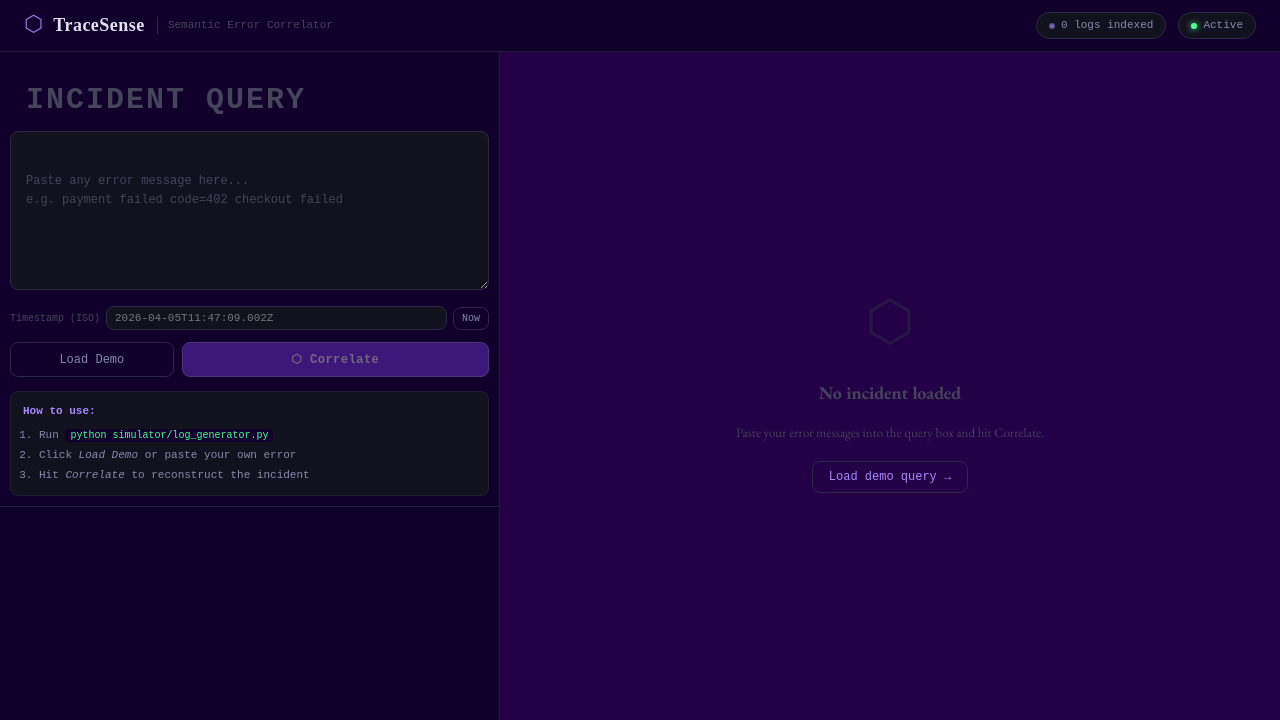
Repository: SaranyaM15/AI_Engineer_Journey
Page: / (app in tracesense/frontend/)
These files come from the project's save history. The page is drawn as it stood at one moment and after the next save; the edit follows.
The browser window is 1280 px wide. The pictures show the whole page.
The page's requests for data from a server got no answer. Some web fonts or font styles are not loaded; a fallback is used. The project was rebuilt for these pictures with package versions that can differ from the ones it lists, and the page was loaded fresh each time. No one was signed in, and anything a server would have sent is missing. Also part of the build but not shown: tracesense/frontend/vite.config.js, tracesense/frontend/src/components/Timeline.jsx, tracesense/frontend/src/components/LogFeed.jsx.

Above is the page before, as saved 2026-04-05 19:03:20.

### tracesense/frontend/src/index.css
*, *::before, *::after {
  box-sizing: border-box;
  margin: 0;
  padding: 0;
}

html, body, #root {
  height: 100%;
  overflow: hidden;
}

### tracesense/frontend/src/App.jsx
import { useState, useEffect } from "react";
import axios from "axios";
import Timeline from "./components/Timeline";
import QueryPanel from "./components/QueryPanel";
import LogFeed from "./components/LogFeed";
import "./App.css";

const API = "http://localhost:8000";

export default function App() {
  const [query, setQuery] = useState("");
  const [timestamp, setTimestamp] = useState("");
  const [cluster, setCluster] = useState(null);
  const [loading, setLoading] = useState(false);
  const [logCount, setLogCount] = useState(0);
  const [error, setError] = useState(null);
  const [simulatorRunning, setSimulatorRunning] = useState(false);

  useEffect(() => {
    fetchLogCount();
    const interval = setInterval(fetchLogCount, 5000);
    return () => clearInterval(interval);
  }, []);

  async function fetchLogCount() {
    try {
      const res = await axios.get(`${API}/logs/count`);
      setLogCount(res.data.total_logs_stored);
    } catch {
      // backend not reachable yet
    }
  }

  async function runCorrelation() {
    if (!query.trim()) return;
    setLoading(true);
    setError(null);
    setCluster(null);

    const ts = timestamp || new Date().toISOString();

    try {
      const res = await axios.post(`${API}/correlate`, {
        message: query,
        timestamp: ts,
      });
      setCluster(res.data);
    } catch (e) {
      setError("Could not reach backend. Make sure uvicorn is running on :8000");
    } finally {
      setLoading(false);
    }
  }

  function handleDemo() {
    setQuery("payment failed code=402 checkout failed");
    setTimestamp("2026-04-05T11:47:09.002Z");
  }

  return (
    <div className="app">
      {/* Top Bar */}
      <header className="topbar">
        <div className="topbar-left">
          <span className="logo-icon">⬡</span>
          <span className="logo-text">TraceSense</span>
          <span className="logo-sub">Semantic Error Correlator</span>
        </div>
        <div className="topbar-right">
          <div className="stat-pill">
            <span className="stat-dot pulse" />
            <span>{logCount.toLocaleString()} logs indexed</span>
          </div>
          <div className="status-pill">
            <span className="status-dot" />
            <span>Active</span>
          </div>
        </div>
      </header>

      <div className="layout">
        {/* Left Panel */}
        <aside className="left-panel">
          <QueryPanel
            query={query}
            setQuery={setQuery}
            timestamp={timestamp}
            setTimestamp={setTimestamp}
            onCorrelate={runCorrelation}
            onDemo={handleDemo}
            loading={loading}
          />
          {cluster && (
            <LogFeed cluster={cluster} />
          )}
        </aside>

        {/* Main Timeline */}
        <main className="main-panel">
          {!cluster && !loading && (
            <div className="empty-state">
              <div className="empty-icon">⬡</div>
              <h2>No incident loaded</h2>
              <p>
                Paste your error messages into the query box and hit Correlate.

              </p>
              <button className="demo-hint" onClick={handleDemo}>
                Load demo query →
              </button>
            </div>
          )}
          {loading && (
            <div className="empty-state">
              <div className="spinner" />
              <p>Correlating across services...</p>
            </div>
          )}
          {error && (
            <div className="empty-state error-state">
              <p>{error}</p>
            </div>
          )}
          {cluster && !loading && (
            <Timeline cluster={cluster} />
          )}
        </main>
      </div>
    </div>
  );
}

### tracesense/frontend/src/components/QueryPanel.jsx
export default function QueryPanel({
  query, setQuery, timestamp, setTimestamp,
  onCorrelate, onDemo, loading
}) {
  return (
    <div className="query-panel">
      <div className="panel-label">INCIDENT QUERY</div>

      <textarea
        className="query-input"
        placeholder="Paste any error message here...&#10;e.g. payment failed code=402 checkout failed"
        value={query}
        onChange={e => setQuery(e.target.value)}
        rows={4}
      />

      <div className="ts-row">
        <label className="ts-label">Timestamp (ISO)</label>
        <input
          className="ts-input"
          placeholder="2026-04-05T11:47:09.002Z"
          value={timestamp}
          onChange={e => setTimestamp(e.target.value)}
        />
        <button
          className="now-btn"
          onClick={() => setTimestamp(new Date().toISOString())}
        >
          Now
        </button>
      </div>

      <div className="btn-row">
        <button className="demo-btn" onClick={onDemo}>
          Load Demo
        </button>
        <button
          className="correlate-btn"
          onClick={onCorrelate}
          disabled={loading || !query.trim()}
        >
          {loading ? "Correlating..." : "⬡ Correlate"}
        </button>
      </div>

      <div className="hint-box">
        <strong>How to use:</strong>
        <ol>
          <li>Run <code>python simulator/log_generator.py</code></li>
          <li>Click <em>Load Demo</em> or paste your own error</li>
          <li>Hit <em>Correlate</em> to reconstruct the incident</li>
        </ol>
      </div>
    </div>
  );
}

### tracesense/frontend/src/App.css
@import url('https://fonts.googleapis.com/css2?family=Boldonse&family=JetBrains+Mono:wght@400;500;700&display=swap');
@import url('https://fonts.googleapis.com/css2?family=Boldonse&family=EB+Garamond:wght@400;500;700&family=JetBrains+Mono:wght@400;500;700&display=swap');
/* ── Variables ── */
:root {
  --bg:         #240046;
  --bg2:        #10002B;
  --bg3:        #12121f;
  --border:     #1e1e35;
  --border2:    #2a2a45;
  --accent:     #a78bfa;
  --accent2:    #7c3aed;
  --text:       #e2e2f0;
  --text2:      #8888aa;
  --text3:      #44445a;
  --mono:       '', monospace;
  --display: 'Boldonse', cursive;
  --error:      #ff4d4d;
  --warn:       #f5a623;
  --info:       #4dff91;
  --radius:     8px;
}

/* ── Reset ── */
*, *::before, *::after { box-sizing: border-box; margin: 0; padding: 0; }

body {
  background:  var(--bg);
  color:       var(--text);
  font-family: var(--mono);
  font-size:   13px;
  line-height: 1.5;
  overflow:    hidden;
  height:      100vh;
}

#root { height: 100vh; display: flex; flex-direction: column; }

/* ── App Layout ── */
.app {
  display:        flex;
  flex-direction: column;
  height:         100vh;
  overflow:       hidden;
}

/* ── Topbar ── */
.topbar {
  display:         flex;
  align-items:     center;
  justify-content: space-between;
  padding:         0 24px;
  height:          52px;
  background:      var(--bg2);
  border-bottom:   1px solid var(--border);
  flex-shrink:     0;
}

.topbar-left {
  display:     flex;
  align-items: center;
  gap:         10px;
}

.logo-icon {
  color:       var(--accent);
  font-size:   22px;
  line-height: 1;
  animation:   pulse-icon 3s ease-in-out infinite;
}

@keyframes pulse-icon {
  0%, 100% { opacity: 1; }
  50%       { opacity: 0.5; }
}

.logo-text {
  font-family: var(--display);
  font-weight: 800;
  font-size:   18px;
  letter-spacing: 0.5px;
  color:       var(--text);
}

.logo-sub {
  color:       var(--text3);
  font-size:   11px;
  border-left: 1px solid var(--border2);
  padding-left: 10px;
  margin-left:  2px;
}

.topbar-right {
  display:     flex;
  align-items: center;
  gap:         12px;
}

.stat-pill, .status-pill {
  display:       flex;
  align-items:   center;
  gap:           6px;
  padding:       4px 12px;
  border-radius: 20px;
  border:        1px solid var(--border2);
  background:    var(--bg3);
  font-size:     11px;
  color:         var(--text2);
}

.stat-dot {
  width:         6px;
  height:        6px;
  border-radius: 50%;
  background:    var(--accent);
}

.stat-dot.pulse {
  animation: dot-pulse 2s ease-in-out infinite;
}

@keyframes dot-pulse {
  0%, 100% { opacity: 1; transform: scale(1); }
  50%       { opacity: 0.4; transform: scale(0.8); }
}

.status-dot {
  width:         6px;
  height:        6px;
  border-radius: 50%;
  background:    var(--info);
  box-shadow:    0 0 6px var(--info);
}

/* ── Main Layout ── */
.layout {
  display:  flex;
  flex:     1;
  overflow: hidden;
}

/* ── Left Panel ── */
.left-panel {
  width:        500px;
  flex-shrink:  0;
  background:   var(--bg2);
  border-right: 1px solid var(--border);
  display:      flex;
  flex-direction: column;
  overflow:     hidden;
}

.panel-label {
  font-size:      30px;
  letter-spacing: 2px;
  color:          var(--text3);
  font-weight:    700;
  padding:        16px 16px 8px;
  display:        flex;
  align-items:    center;
  gap:            8px;
}

.count-badge {
  background:    var(--accent2);
  color:         white;
  border-radius: 10px;
  padding:       1px 7px;
  font-size:     10px;
}

/* ── Query Panel ── */
.query-panel {
  padding:     10px;
  border-bottom: 1px solid var(--border);
  flex-shrink: 0;
}

.query-input {
  width:        100%;
  background:   var(--bg3);
  border:       1px solid var(--border2);
  border-radius: var(--radius);
  color:        var(--text);
  font-family:  var(--mono);
  font-size:    12px;
  padding:      40px 15px;
  resize:       vertical;
  outline:      none;
  transition:   border-color 0.2s;
  line-height:  1.6;
}

.query-input:focus {
  border-color: var(--accent);
}

.query-input::placeholder { color: var(--text3); }

.ts-row {
  display:     flex;
  align-items: center;
  gap:         6px;
  margin-top:  10px;
}

.ts-label {
  font-size:   10px;
  color:       var(--text3);
  white-space: nowrap;
}

.ts-input {
  flex:         1;
  background:   var(--bg3);
  border:       1px solid var(--border2);
  border-radius: var(--radius);
  color:        var(--text2);
  font-family:  var(--mono);
  font-size:    11px;
  padding:      5px 8px;
  outline:      none;
  min-width:    0;
}

.ts-input:focus { border-color: var(--accent); }

.now-btn {
  background:    transparent;
  border:        1px solid var(--border2);
  border-radius: var(--radius);
  color:         var(--text2);
  font-family:   var(--mono);
  font-size:     10px;
  padding:       5px 8px;
  cursor:        pointer;
  white-space:   nowrap;
  transition:    all 0.15s;
}

.now-btn:hover {
  border-color: var(--accent);
  color:        var(--accent);
}

.btn-row {
  display:    flex;
  gap:        8px;
  margin-top: 12px;
}

.demo-btn {
  flex:          1;
  background:    transparent;
  border:        1px solid var(--border2);
  border-radius: var(--radius);
  color:         var(--text2);
  font-family:   var(--mono);
  font-size:     12px;
  padding:       9px;
  cursor:        pointer;
  transition:    all 0.15s;
}

.demo-btn:hover {
  border-color: var(--accent);
  color:        var(--accent);
}

.correlate-btn {
  flex:          2;
  background:    var(--accent2);
  border:        1px solid var(--accent);
  border-radius: var(--radius);
  color:         white;
  font-family:   var(--mono);
  font-size:     12px;
  font-weight:   700;
  padding:       9px;
  cursor:        pointer;
  transition:    all 0.15s;
  letter-spacing: 0.5px;
}

.correlate-btn:hover:not(:disabled) {
  background: var(--accent);
  box-shadow: 0 0 20px var(--accent2);
}

.correlate-btn:disabled {
  opacity: 0.4;
  cursor: not-allowed;
}

.hint-box {
  margin-top:    14px;
  background:    var(--bg3);
  border:        1px solid var(--border);
  border-radius: var(--radius);
  padding:       10px 12px;
  font-size:     11px;
  color:         var(--text2);
  line-height:   1.8;
}

.hint-box strong { color: var(--accent); }
.hint-box ol { padding-left: 16px; margin-top: 4px; }
.hint-box code {
  background:    var(--bg2);
  padding:       1px 5px;
  border-radius: 4px;
  color:         var(--info);
  font-size:     10px;
}

/* ── Log Feed ── */
.log-feed {
  flex:      1;
  overflow:  hidden;
  display:   flex;
  flex-direction: column;
}

.log-list {
  flex:       1;
  overflow-y: auto;
  padding:    8px;
  display:    flex;
  flex-direction: column;
  gap:        6px;
}

.log-list::-webkit-scrollbar { width: 4px; }
.log-list::-webkit-scrollbar-track { background: transparent; }
.log-list::-webkit-scrollbar-thumb { background: var(--border2); border-radius: 2px; }

.log-card {
  background:    var(--bg3);
  border:        1px solid var(--border);
  border-radius: var(--radius);
  padding:       10px;
  transition:    border-color 0.15s;
  animation:     slide-in 0.3s ease both;
}

@keyframes slide-in {
  from { opacity: 0; transform: translateX(-10px); }
  to   { opacity: 1; transform: translateX(0); }
}

.log-card:hover { border-color: var(--border2); }

.log-card-top {
  display:     flex;
  align-items: center;
  gap:         6px;
  margin-bottom: 5px;
}

.log-icon   { font-size: 14px; }
.log-level  { font-size: 10px; font-weight: 700; letter-spacing: 1px; }
.log-service { flex: 1; font-size: 11px; color: var(--text2); }
.log-score  { font-size: 11px; color: var(--accent); font-weight: 700; }

.log-message {
  font-size:   11px;
  color:       var(--text);
  line-height: 1.5;
  word-break:  break-word;
  margin-bottom: 6px;
}

.log-meta {
  display:         flex;
  justify-content: space-between;
  align-items:     center;
  font-size:       10px;
  color:           var(--text3);
}

.score-bars {
  display: flex;
  gap:     8px;
}

.score-bars span { color: var(--text3); }

.conf-bar-bg {
  height:        2px;
  background:    var(--border);
  border-radius: 1px;
  margin-top:    6px;
  overflow:      hidden;
}

.conf-bar-fill {
  height:     100%;
  background: linear-gradient(90deg, var(--accent2), var(--accent));
  border-radius: 1px;
  transition: width 0.5s ease;
}

/* ── Main Panel ── */
.main-panel {
  flex:        1;
  overflow-y:  auto;
  font-family: 'EB Garamond', serif;
  color:       #ffffff;
  padding:     24px;
}
.main-panel::-webkit-scrollbar { width: 5px; }
.main-panel::-webkit-scrollbar-track { background: transparent; }
.main-panel::-webkit-scrollbar-thumb { background: var(--border2); border-radius: 3px; }

/* ── Empty State ── */
.empty-state {
  display:         flex;
  flex-direction:  column;
  align-items:     center;
  justify-content: center;
  height:          100%;
  gap:             16px;
  text-align:      center;
  color:           var(--text2);
  animation:       fade-in 0.4s ease;
}

@keyframes fade-in {
  from { opacity: 0; }
  to   { opacity: 1; }
}

.empty-icon {
  font-size:  56px;
  color:      var(--border2);
  animation:  pulse-icon 4s ease-in-out infinite;
}

.empty-state h2 {
 font-family: 'EB Garamond', serif;
  font-weight: 600;
  color:       var(--text3);
  font-size:   18px;
}

.empty-state p {
  max-width:  380px;
  color:      var(--text3);
  font-size:  13px;
  line-height: 1.7;
}

.demo-hint {
  background:    transparent;
  border:        1px solid var(--border2);
  border-radius: var(--radius);
  color:         var(--accent);
  font-family:   var(--mono);
  font-size:     12px;
  padding:       8px 16px;
  cursor:        pointer;
  transition:    all 0.15s;
}

.demo-hint:hover {
  border-color: var(--accent);
  box-shadow:   0 0 14px var(--accent2);
}

.error-state { color: var(--error); }

/* ── Spinner ── */
.spinner {
  width:         36px;
  height:        36px;
  border:        3px solid var(--border2);
  border-top:    3px solid var(--accent);
  border-radius: 50%;
  animation:     spin 0.8s linear infinite;
}

@keyframes spin {
  to { transform: rotate(360deg); }
}

/* ── Timeline ── */
.timeline-wrap {
  display:        flex;
  flex-direction: column;
  gap:            20px;
  animation:      fade-in 0.4s ease;
}

.timeline-header {
  border-bottom: 1px solid var(--border);
  padding-bottom: 16px;
}

.tl-title {
  font-family: var(--display);
  font-weight: 700;
  font-size:   20px;
  color:       var(--text);
  display:     flex;
  align-items: center;
  gap:         12px;
  margin-bottom: 6px;
}

.tl-badge {
  font-family:   var(--mono);
  font-size:     11px;
  font-weight:   400;
  background:    var(--accent2);
  color:         white;
  padding:       2px 10px;
  border-radius: 10px;
}

.tl-query {
  font-size:  12px;
  color:      var(--text3);
}

.tl-query em {
  color:      var(--accent);
  font-style: normal;
}

/* ── Swim Lanes ── */
.swim-container {
  display:        flex;
  flex-direction: column;
  gap:            0;
}

.swim-lane {
  display:     flex;
  align-items: stretch;
  min-height:  80px;
  border-bottom: 1px solid var(--border);
}

.swim-lane:last-child { border-bottom: none; }

.lane-label {
  width:          160px;
  flex-shrink:    0;
  display:        flex;
  align-items:    center;
  gap:            8px;
  padding:        16px 12px;
  border-left:    3px solid transparent;
  font-size:      11px;
  color:          var(--text2);
  background:     var(--bg2);
}

.lane-dot {
  width:         8px;
  height:        8px;
  border-radius: 50%;
  flex-shrink:   0;
}

.lane-track {
  flex:       1;
  position:   relative;
  padding:    16px 20px;
  display:    flex;
  flex-direction: column;
  gap:        10px;
}

.lane-line {
  position:     absolute;
  left:         0;
  right:        0;
  top:          50%;
  height:       1px;
  border-top:   1px dashed;
  pointer-events: none;
  z-index:      0;
}

.lane-event {
  display:     flex;
  align-items: flex-start;
  gap:         12px;
  position:    relative;
  z-index:     1;
}

.event-dot {
  width:         14px;
  height:        14px;
  border-radius: 50%;
  border:        2px solid;
  flex-shrink:   0;
  margin-top:    3px;
  cursor:        pointer;
  transition:    transform 0.15s;
}

.event-dot:hover { transform: scale(1.4); }

.event-card {
  background:    var(--bg3);
  border:        1px solid var(--border);
  border-left:   3px solid;
  border-radius: var(--radius);
  padding:       8px 12px;
  flex:          1;
  animation:     slide-in 0.3s ease both;
}

.event-card-top {
  display:     flex;
  align-items: center;
  gap:         8px;
  margin-bottom: 4px;
}

.event-level {
  font-size:      10px;
  font-weight:    700;
  letter-spacing: 1px;
}

.event-time  { font-size: 10px; color: var(--text3); }
.event-score { font-size: 10px; color: var(--accent); margin-left: auto; }

.event-message {
  font-size:  11px;
  color:      var(--text);
  word-break: break-word;
  line-height: 1.5;
}

/* ── Root Cause Banner ── */
.root-cause-banner {
  display:       flex;
  align-items:   center;
  gap:           12px;
  background:    linear-gradient(135deg, #1a0a2e, #0d0d1a);
  border:        1px solid var(--accent2);
  border-radius: var(--radius);
  padding:       12px 18px;
  font-size:     12px;
  box-shadow:    0 0 24px #7c3aed22;
}

.rc-label {
  color:          var(--accent);
  font-weight:    700;
  letter-spacing: 1px;
  font-size:      10px;
  white-space:    nowrap;
}

.rc-service {
  background:    var(--accent2);
  color:         white;
  padding:       2px 10px;
  border-radius: 10px;
  font-size:     11px;
  white-space:   nowrap;
}

.rc-message {
  flex:      1;
  color:     var(--text2);
  font-size: 11px;
  overflow:  hidden;
  text-overflow: ellipsis;
  white-space:   nowrap;
}

.rc-time {
  color:      var(--text3);
  font-size:  11px;
  white-space: nowrap;
}

/* ── Canvas ── */
.connector-canvas {
  z-index: 2;
}

Loaded but not shown: tracesense/frontend/src/main.jsx (common file)

After the next save:
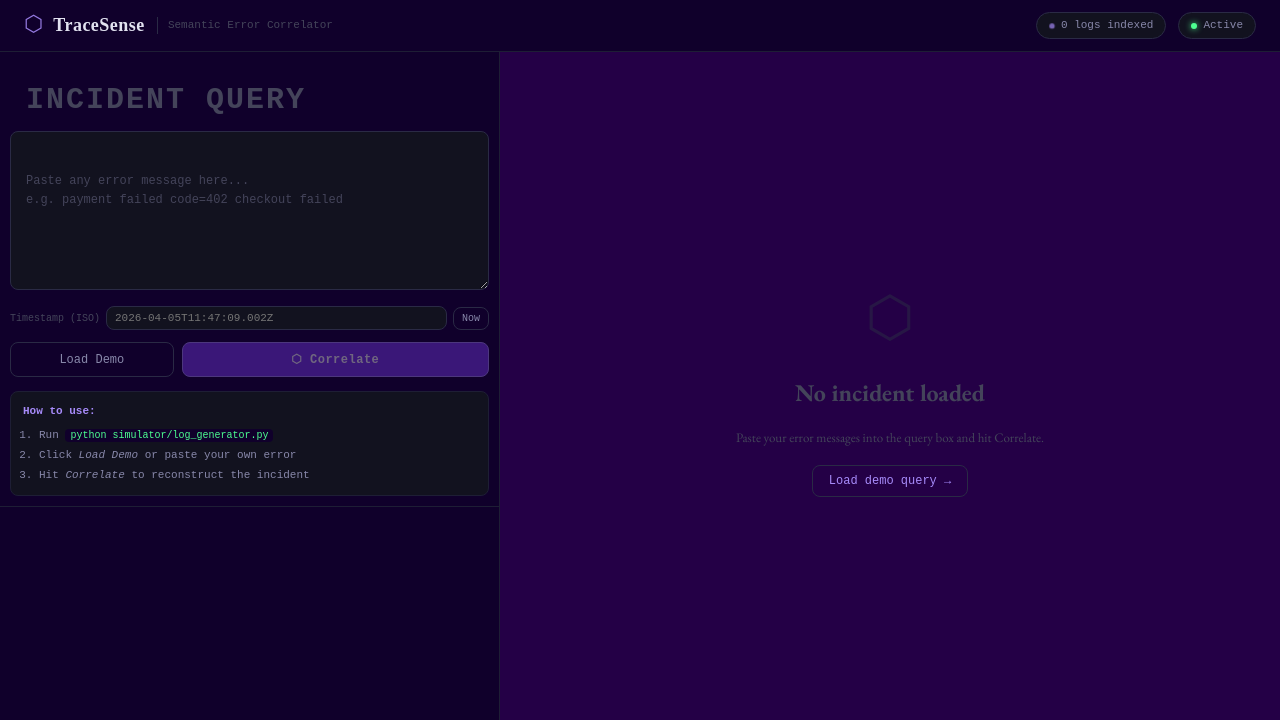
Saved 86 s later.
--- a/tracesense/frontend/src/App.css
+++ b/tracesense/frontend/src/App.css
@@ -439,7 +439,7 @@ body {
  font-family: 'EB Garamond', serif;
   font-weight: 600;
   color:       var(--text3);
-  font-size:   18px;
+  font-size:   24px;
 }
 
 .empty-state p {
